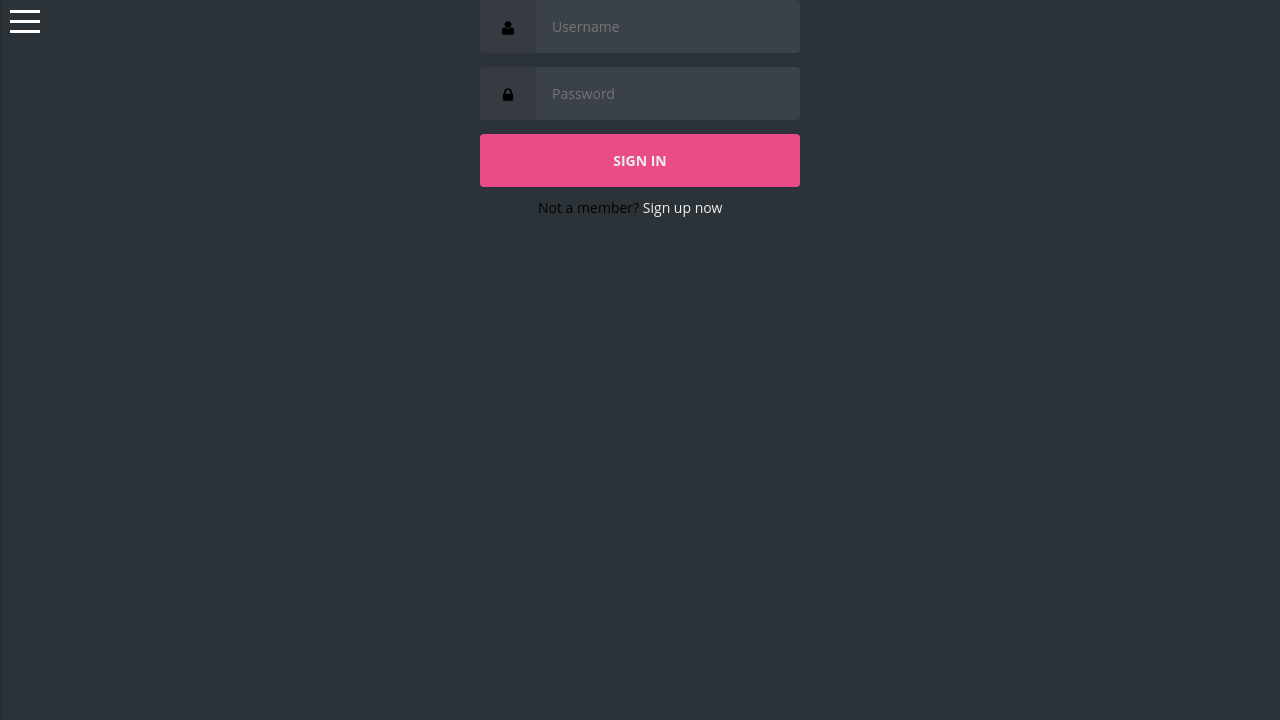
Repository: se-yoo/ChangeSeat
Page: http://localhost/ChangeSeat/signUp.jsp
An editor plug-in stored every save of this project. The page is shown before and after the next save, followed by the edit.
The browser window is 1280 px wide. The pictures show the whole page.
Some web fonts or font styles are not loaded; a fallback is used. Some web libraries are served in a nearby version. The page is served by Tomcat 9.

Above is the page before, as saved 2018-06-25 09:29:30.

### ChangeSeat/WebContent/signUp.jsp
<%@ page language="java" contentType="text/html; charset=UTF-8"
    pageEncoding="UTF-8"%>
<jsp:forward page="templateTest.jsp">
	<jsp:param name="CONTENTPAGE" value="loginProc.jsp"/>
</jsp:forward>

### ChangeSeat/WebContent/templateTest.jsp
<%@ page language="java" contentType="text/html; charset=UTF-8"
    pageEncoding="UTF-8"%>
<!DOCTYPE html>
<html>
<head>
<meta charset="UTF-8">
<title>자리바꾸기</title>
<meta name="viewport" content="width=device-width, initial-scale=1">
 <title>Side Menu</title>
 <link rel="stylesheet" href="templateStyle.css">
 <link href='https://fonts.googleapis.com/css?family=Pacifico' rel='stylesheet' type='text/css'>
 <script src="//ajax.googleapis.com/ajax/libs/jquery/1.6.1/jquery.min.js" type="text/javascript"></script>
 <script>
$(document).ready(function(){
  /*
  $(".first").mouseover(function(){
    $(".second").css("background-color", '#6b81d5');
    $(".first").css("background-color", '#D56B81');

  });
  $(".second").mouseover(function(){
    $(".second").css("background-color", '#8a6bd5');
    $(".first").css("background-color", '#6bd5bf');

  });
  */
  $(".wrap").click(function(){
    $(".top").toggleClass("addedtop");
    $(".mid").toggleClass("addedmid");
    $(".bot").toggleClass("addedbot");
$(".side").toggleClass("triggered");
    $(".sidebtn").toggleClass("sideopacity");


  });

}); //final
</script>
</head>
<body>
<%
	String contentpage=request.getParameter("CONTENTPAGE");
%>
  <div class="wrap">
<span class="line top"></span>
  <span class="line mid"></span>
  <span class="line bot"></span>
  </div>
  <div class="side">
    <a href="main.jsp" class="sidebtn">홈</a>
    <a href="#" class="sidebtn">자리바꾸기</a>
    <a href="#" class="sidebtn">조편성</a>
    <a href="#" class="sidebtn">정보관리</a>
  </div>
  <jsp:include page="<%= contentpage %>"></jsp:include>
</body>
</html>

### ChangeSeat/WebContent/loginProc.jsp
<%@ page language="java" contentType="text/html; charset=UTF-8"
	pageEncoding="UTF-8"%>
<!DOCTYPE html>
<html>
<head>
<meta content="text/html; charset=UTF-8">
<title></title>
 <link rel="stylesheet" href="loginStyle.css">
</head>
<body>
	<div class="grid">

    <form action="https://httpbin.org/post" method="POST" class="form login">

      <div class="form__field">
        <label for="login__username"><svg class="icon"><use xmlns:xlink="http://www.w3.org/1999/xlink" xlink:href="#user"></use></svg><span class="hidden">Username</span></label>
        <input id="login__username" type="text" name="username" class="form__input" placeholder="Username" required>
      </div>

      <div class="form__field">
        <label for="login__password"><svg class="icon"><use xmlns:xlink="http://www.w3.org/1999/xlink" xlink:href="#lock"></use></svg><span class="hidden">Password</span></label>
        <input id="login__password" type="password" name="password" class="form__input" placeholder="Password" required>
      </div>

      <div class="form__field">
        <input type="submit" value="Sign In">
      </div>

    </form>

    <p class="text--center">Not a member? <a href="#">Sign up now</a> <svg class="icon"><use xmlns:xlink="http://www.w3.org/1999/xlink" xlink:href="assets/images/icons.svg#arrow-right"></use></svg></p>

  </div>

	  <svg xmlns="http://www.w3.org/2000/svg" class="icons"><symbol id="arrow-right" viewBox="0 0 1792 1792">
	  <path d="M1600 960q0 54-37 91l-651 651q-39 37-91 37-51 0-90-37l-75-75q-38-38-38-91t38-91l293-293H245q-52 0-84.5-37.5T128 1024V896q0-53 32.5-90.5T245 768h704L656 474q-38-36-38-90t38-90l75-75q38-38 90-38 53 0 91 38l651 651q37 35 37 90z"/>
	  </symbol><symbol id="lock" viewBox="0 0 1792 1792">
	  <path d="M640 768h512V576q0-106-75-181t-181-75-181 75-75 181v192zm832 96v576q0 40-28 68t-68 28H416q-40 0-68-28t-28-68V864q0-40 28-68t68-28h32V576q0-184 132-316t316-132 316 132 132 316v192h32q40 0 68 28t28 68z"/>
	  </symbol><symbol id="user" viewBox="0 0 1792 1792"><path d="M1600 1405q0 120-73 189.5t-194 69.5H459q-121 0-194-69.5T192 1405q0-53 3.5-103.5t14-109T236 1084t43-97.5 62-81 85.5-53.5T538 832q9 0 42 21.5t74.5 48 108 48T896 971t133.5-21.5 108-48 74.5-48 42-21.5q61 0 111.5 20t85.5 53.5 62 81 43 97.5 26.5 108.5 14 109 3.5 103.5zm-320-893q0 159-112.5 271.5T896 896 624.5 783.5 512 512t112.5-271.5T896 128t271.5 112.5T1280 512z"/></symbol></svg>

</body>
</html>

### ChangeSeat/WebContent/templateStyle.css
@CHARSET "UTF-8";
@font-face{
	font-family:yangFont;
	src:url('yangfont05.ttf') format('truetype');
}
@font-face{
	font-family:Nanum;
	src:url('NanumBarunGothicLight.ttf') format('truetype');
}
body {
  background-color:#f4a391;
  margin: 0;
  padding: 0;
  font-family:Nanum;
}
html,body {
 height:100%;
}
.line {
 display: block;
  height:3px;
  width:30px;
  background-color:white;
  margin-top:5px;
  position: absolute;
  top:0;

  transition: all .4s ease-in-out;
}
.wrap {
 height:80px;
  position: relative;
  top:5px;
  left:10px;
  width: 30px;
  z-index: +150;
  cursor: pointer;
  height:30px;
  position: fixed;
}

.mid {
 top:10px;
}
.bot {
top:20px;
}

.addedmid {
  transform: rotate(135deg);
}
.addedtop {
  transform: rotate(45deg);
  top:10px;
}
.addedbot {
 opacity: 0;
}
.side {
	font-family: yangFont;
	width:20%;
  	position: fixed;
  	height:100%;
  	text-align: center;
  	left:-20%;
  	z-index: 80;
  	box-shadow: 0 1px 4px 0 rgba(0,0,0,0.37);
  	top:0;
  	background-color: #21a770;
  	transition: all .5s ease-in-out;
}
.sidebtn {
 text-decoration: none;
  display: block;
  color:white;
  font-size:35px;
  opacity:0;
  width:50%;
  position: relative;
  left:25%;
  top:25%;
  white-space: nowrap;
  line-height:100px;
  transition:all .25s ease-in-out;

}
.sideopacity  {
 opacity: 1;
  transition: all 1s ease-in-out;
}
.sidebtn:hover {
  text-shadow: 2px 2px rgba(0, 0, 0, 0.38);
}
.triggered {
 left:0;
}
.sidebtn::after {
 content: '';
  position: absolute;
  bottom:0;
  left:50%;
  width:0%;
  height:5px;
  background-color: white;
  transition: all .3s ease-out;
}
.sidebtn:hover::after {
 width: 100%;
  left:0;
  box-shadow: 2px 2px rgba(0, 0, 0, 0.38);
}

### ChangeSeat/WebContent/loginStyle.css
@CHARSET "UTF-8";
@font-face{
	font-family:yangFont;
	src:url('yangfont05.ttf') format('truetype');
}
@font-face{
	font-family:Nanum;
	src:url('NanumBarunGothicLight.ttf') format('truetype');
}
body{
	text-align:center;
	font-size:1.2em;
}

:root {
  --gridMaxWidth: 20rem;
  --gridWidth: 90%;
}

.grid {
  margin-left: auto;
  margin-right: auto;
  max-width: var(--gridMaxWidth);
  width: var(--gridWidth);
}

/* helpers/hidden.css */

.hidden {
  border: 0;
  clip: rect(0 0 0 0);
  height: 1px;
  margin: -1px;
  overflow: hidden;
  padding: 0;
  position: absolute;
  width: 1px;
}

/* helpers/icon.css */

:root {
  --iconFill: var(--baseColor);
}

.icons {
  display: none;
}

.icon {
  display: inline-block;
  fill: var(--iconFill);
  font-size: 1rem;
  height: 1em;
  vertical-align: middle;
  width: 1em;
}

/* layout/base.css */

:root {
  --htmlFontSize: 100%;

  --bodyBackgroundColor: #2c3338;
  --bodyColor: var(--baseColor);
  --bodyFontFamily: 'Open Sans';
  --bodyFontFamilyFallback: sans-serif;
  --bodyFontSize: 0.875rem;
  --bodyFontWeight: 400;
  --bodyLineHeight: 1.5;
}

* {
  box-sizing: inherit;
}

html {
  box-sizing: border-box;
  font-size: var(--htmlFontSize);
  height: 100%;
}

body {
  background-color: var(--bodyBackgroundColor);
  color: var(--bodyColor);
  font-family: var(--bodyFontFamily), var(--bodyFontFamilyFallback);
  font-size: var(--bodyFontSize);
  font-weight: var(--bodyFontWeight);
  height: 100%;
  line-height: var(--bodyLineHeight);
  margin: 0;
  min-height: 100vh;
}

/* modules/anchor.css */

:root {
  --anchorColor: #eee;
}

a {
  color: var(--anchorColor);
  outline: 0;
  text-decoration: none;
}

a:focus,
a:hover {
  text-decoration: underline;
}

/* modules/form.css */

:root {
  --formFieldMargin: 0.875rem;
}

input {
  background-image: none;
  border: 0;
  color: inherit;
  font: inherit;
  margin: 0;
  outline: 0;
  padding: 0;
  transition: background-color 0.3s;
}

input[type='submit'] {
  cursor: pointer;
}

.form {
  margin: calc(var(--formFieldMargin) * -1);
}

.form input[type='password'],
.form input[type='text'],
.form input[type='submit'] {
  width: 100%;
}

.form__field {
  display: flex;
  margin: var(--formFieldMargin);
}

.form__input {
  flex: 1;
}

/* modules/login.css */

:root {
  --loginBorderRadus: 0.25rem;
  --loginColor: #eee;

  --loginInputBackgroundColor: #3b4148;
  --loginInputHoverBackgroundColor: #434a52;

  --loginLabelBackgroundColor: #363b41;

  --loginSubmitBackgroundColor: #ea4c88;
  --loginSubmitColor: #eee;
  --loginSubmitHoverBackgroundColor: #d44179;
}

.login {
  color: var(--loginColor);
}

.login label,
.login input[type='text'],
.login input[type='password'],
.login input[type='submit'] {
  border-radius: var(--loginBorderRadus);
  padding: 1rem;
}

.login label {
  background-color: var(--loginLabelBackgroundColor);
  border-bottom-right-radius: 0;
  border-top-right-radius: 0;
  padding-left: 1.25rem;
  padding-right: 1.25rem;
}

.login input[type='password'],
.login input[type='text'] {
  background-color: var(--loginInputBackgroundColor);
  border-bottom-left-radius: 0;
  border-top-left-radius: 0;
}

.login input[type='password']:focus,
.login input[type='password']:hover,
.login input[type='text']:focus,
.login input[type='text']:hover {
  background-color: var(--loginInputHoverBackgroundColor);
}

.login input[type='submit'] {
  background-color: var(--loginSubmitBackgroundColor);
  color: var(--loginSubmitColor);
  font-weight: 700;
  text-transform: uppercase;
}

.login input[type='submit']:focus,
.login input[type='submit']:hover {
  background-color: var(--loginSubmitHoverBackgroundColor);
}

/* modules/text.css */

:root {
  --paragraphMarginBottom: 1.5rem;
  --paragraphMarginTop: 1.5rem;
}

p {
  margin-bottom: var(--paragraphMarginBottom);
  margin-top: var(--paragraphMarginTop);
}

.text--center {
  text-align: center;
}

After the next save:
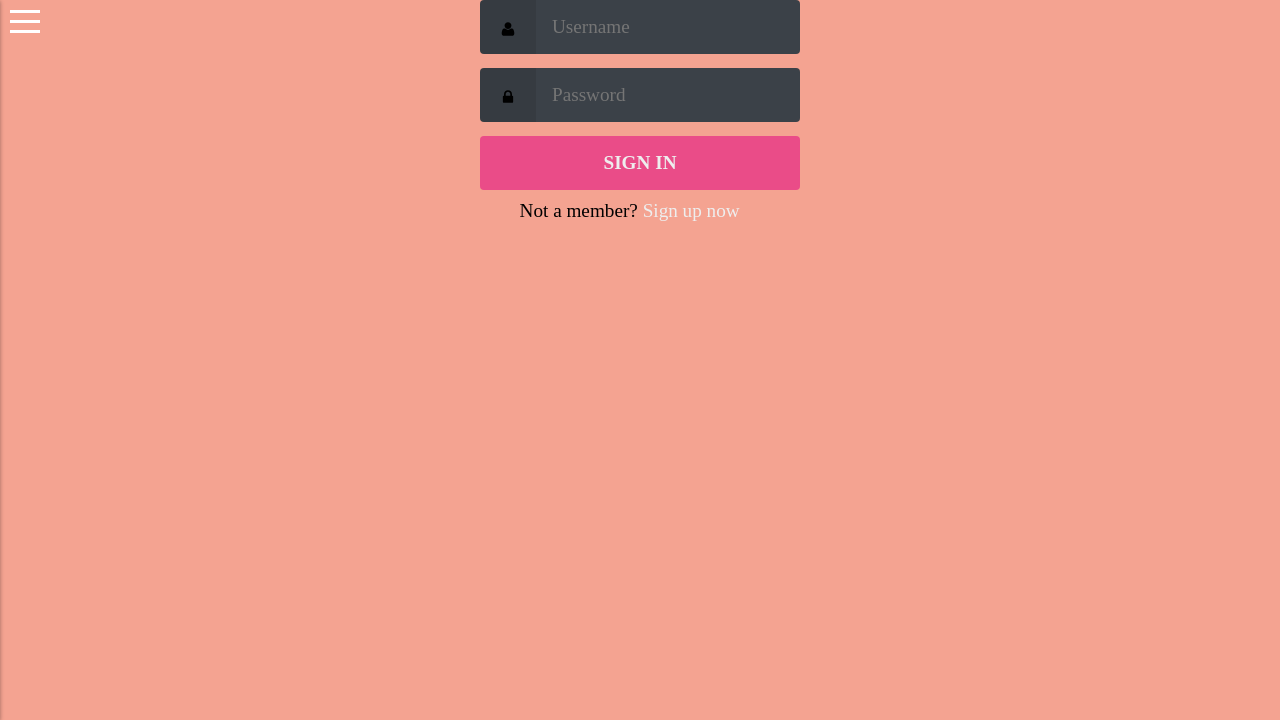
Saved 18 s later.
--- a/ChangeSeat/WebContent/loginStyle.css
+++ b/ChangeSeat/WebContent/loginStyle.css
@@ -74,23 +74,6 @@ body{
   box-sizing: inherit;
 }
 
-html {
-  box-sizing: border-box;
-  font-size: var(--htmlFontSize);
-  height: 100%;
-}
-
-body {
-  background-color: var(--bodyBackgroundColor);
-  color: var(--bodyColor);
-  font-family: var(--bodyFontFamily), var(--bodyFontFamilyFallback);
-  font-size: var(--bodyFontSize);
-  font-weight: var(--bodyFontWeight);
-  height: 100%;
-  line-height: var(--bodyLineHeight);
-  margin: 0;
-  min-height: 100vh;
-}
 
 /* modules/anchor.css */
 
